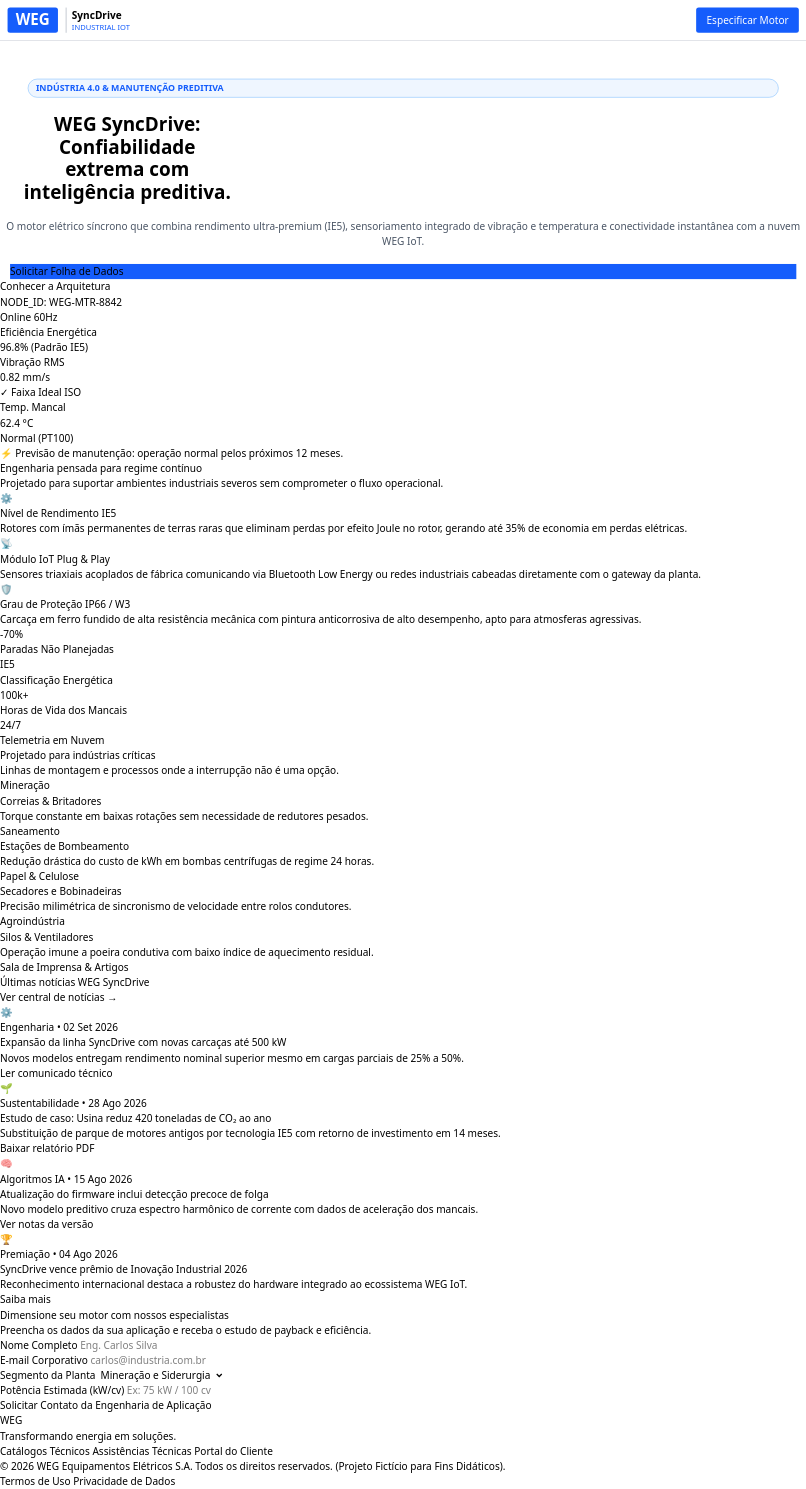
Repository: camilewng/Exercicio-Tailwind
Page: index.html
These files come from the project's save history. The page is drawn as it stood at one moment and after the next save; the edit follows.
The browser window is 1280 px wide. The pictures show the whole page, at 63% of full size.

Above is the page before, as saved 2026-09-08 19:30:54.

After the next save:
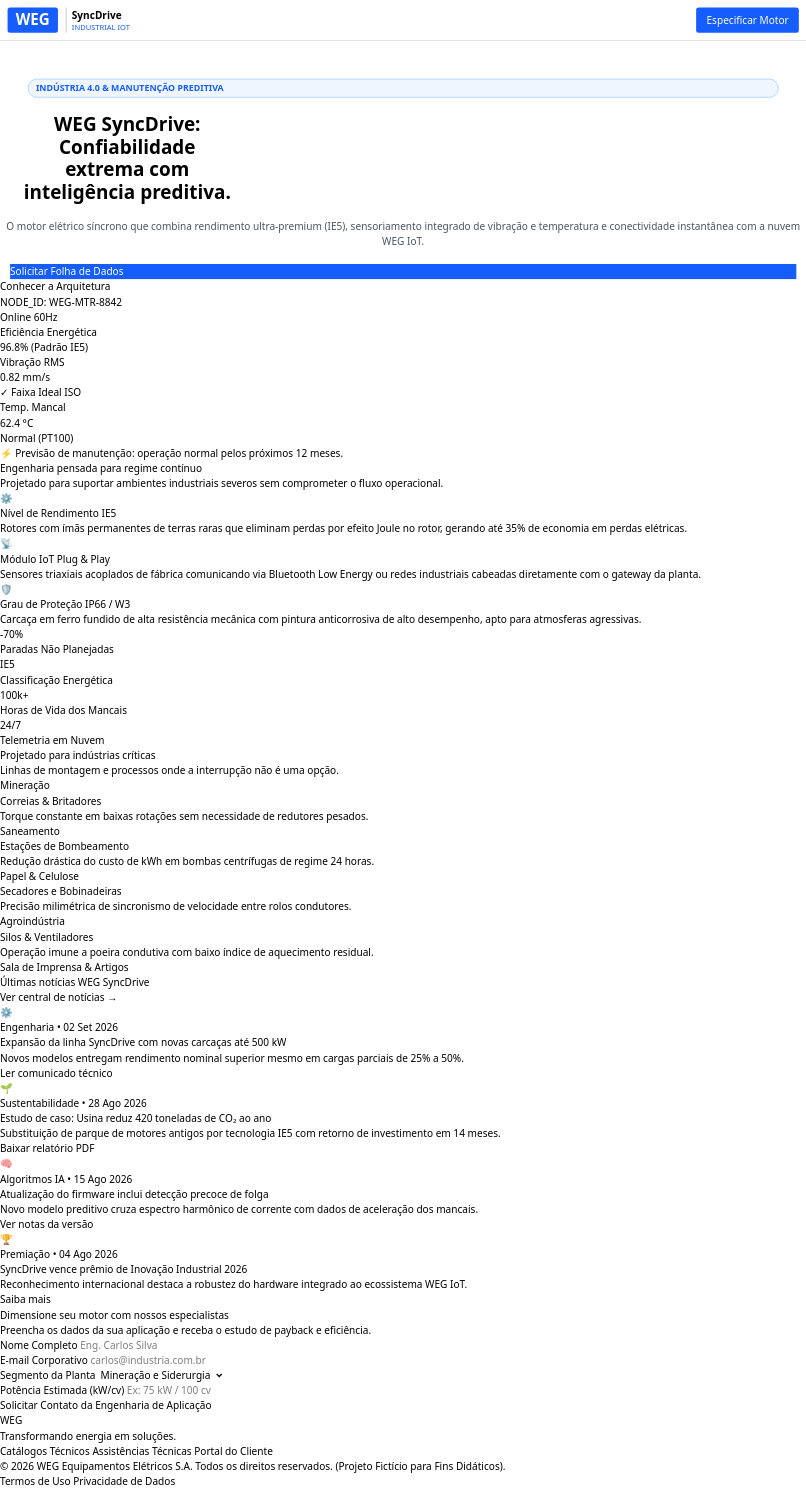
Saved 9 s later.
--- a/index.html
+++ b/index.html
@@ -67,7 +67,7 @@
               O motor elétrico síncrono que combina rendimento ultra-premium (IE5), sensoriamento integrado de vibração e temperatura e conectividade instantânea com a nuvem WEG IoT.
             </p>
             <div class="flex flex-col">
-              <a href="#contato" class="bg-blue-600 mx-4 ">
+              <a href="#contato" class="bg-blue-600 mx-4 text-white">
                 Solicitar Folha de Dados
               </a>
               <a href="#recursos">Conhecer a Arquitetura</a>
